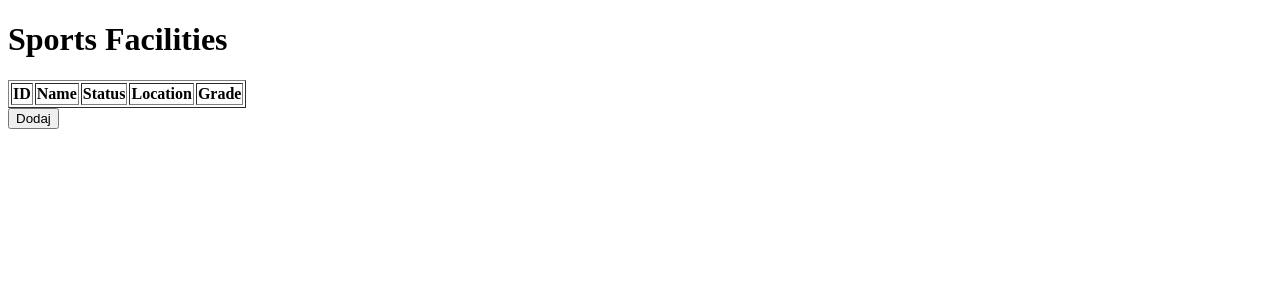
Repository: markovicuros/Fitpass-web
Page: FitnessCenter/WebContent/index.html
These files come from the project's save history. The page is drawn as it stood at one moment and after the next save; the edit follows.
The browser window is 1280 px wide. The pictures show the whole page.
The page's requests for data from a server got no answer.

Above is the page before, as saved 2022-06-19 22:37:27.

### FitnessCenter/WebContent/index.html
<!DOCTYPE html>
<html>
    <head>
    <title>Sports Facilities</title>
    <meta charset="UTF-8" />
    <!--  <link rel="stylesheet" type="text/css" href="styles.css" />-->

    </head>

    <body>
    <div id="sportsFacilities">
	<form>
    <h1>{{title}}</h1>
    <table border="1" id="tabela">
        <thead>
            <tr>
                <th>ID</th>
                <th>Name</th>
                <th>Status</th>
                <th>Location</th>
                <th>Grade</th>
            </tr>
        </thead>

        <tr v-for="sf in sportFacilities">

            <td>{{sf.sportFacilityId}}</td>
            <td>{{sf.name}}</td>
            <td>{{convertStatus(sf)}}</td>
            <td>{{sf.location}}</td>
            <td>{{sf.averageGrade}}</td>

        </tr>
    </table>
    <button v-on:click="showForm()">Dodaj</button>
    </form>
			<form id="forma" @submit="createOrEditProduct" v-bind:hidden="mode=='BROWSE'">

				<table>
					<tr>
						<td>Ime:</td>
						<td><input v-bind:disabled="mode!='CREATE'" type="text" name="name"
							v-model="user.name" /></td>
					</tr>

					<tr>
						<td>Prezime</td>
						<td><input type="text" name="name"
							v-model="user.surname" />
						</td>
					</tr>

					<tr>
						<td>Username:</td>
						<td><input type="text" name="name"
							v-model="user.username" />
						</td>
					</tr>

					<tr>
						<td>Password:</td>
						<td><input type="text" name="name"
							v-model="user.password" />
						</td>
					</tr>
					<tr>
						<td><input type="submit" value="Pošalji" /></td>

					</tr>
				</table>
			</form>
    </div>

    <script src="js/vue.js"></script>
    <script src="js/axios.js"></script>
    <script type="app/app.js"></script>
    <script src="app/sportsFacilities.js"></script>
    </body>

</html>

### FitnessCenter/WebContent/app/sportsFacilities.js
var sportFacilities = new Vue({
    el:'#sportsFacilities',
    data:{
        sportFacilities: null,
        title: "Sports Facilities",
        mode: "BROWSE",
		user: {},
    },
    mounted(){
        axios.get('rest/facilities/GetAll')
             .then(response =>(this.sportFacilities = response.data))
    },
    methods:{
		convertStatus: function(sf) {

			if(sf.isWorking===true)
				return "Radi";
				else
				return "Ne radi";
		}
    }
});

Loaded but not shown: FitnessCenter/WebContent/js/vue.js (library); FitnessCenter/WebContent/js/axios.js (1660 lines, source omitted)

After the next save:
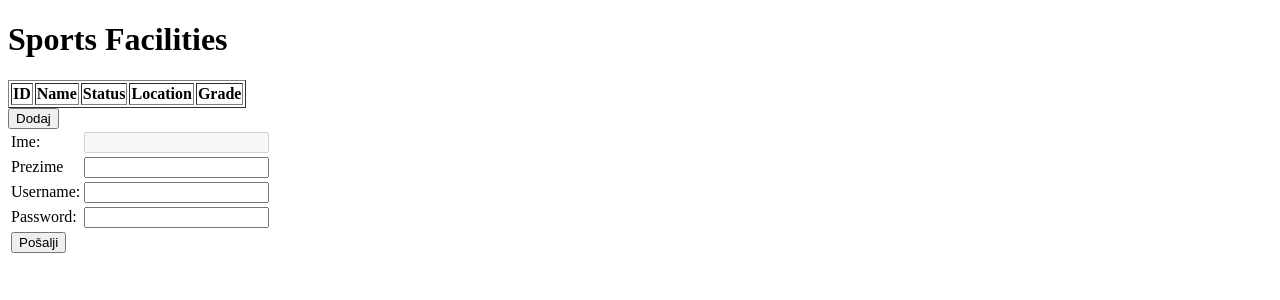
Saved 9 s later.
--- a/FitnessCenter/WebContent/index.html
+++ b/FitnessCenter/WebContent/index.html
@@ -34,7 +34,7 @@
     </table>
     <button v-on:click="showForm()">Dodaj</button>
     </form>
-			<form id="forma" @submit="createOrEditProduct" v-bind:hidden="mode=='BROWSE'">
+			<form id="forma" @submit="createOrEditProduct" >
 
 				<table>
 					<tr>
